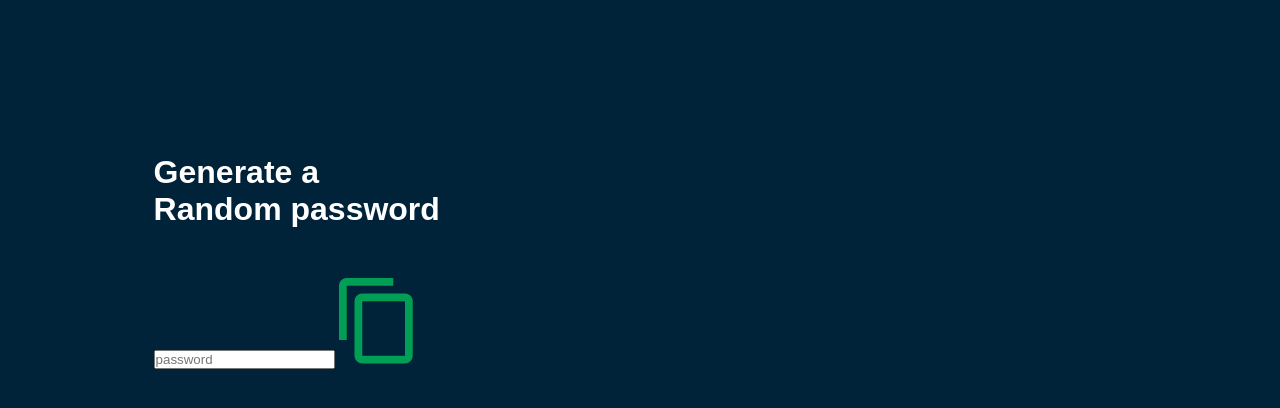
Repository: YAAMAR/password-generator
Page: Random password/index.html
An editor plug-in stored every save of this project. The page is shown before and after the next save, followed by the edit.
The browser window is 1280 px wide. The pictures show the whole page.

Above is the page before, as saved 2024-05-02 18:57:14.

After the next save:
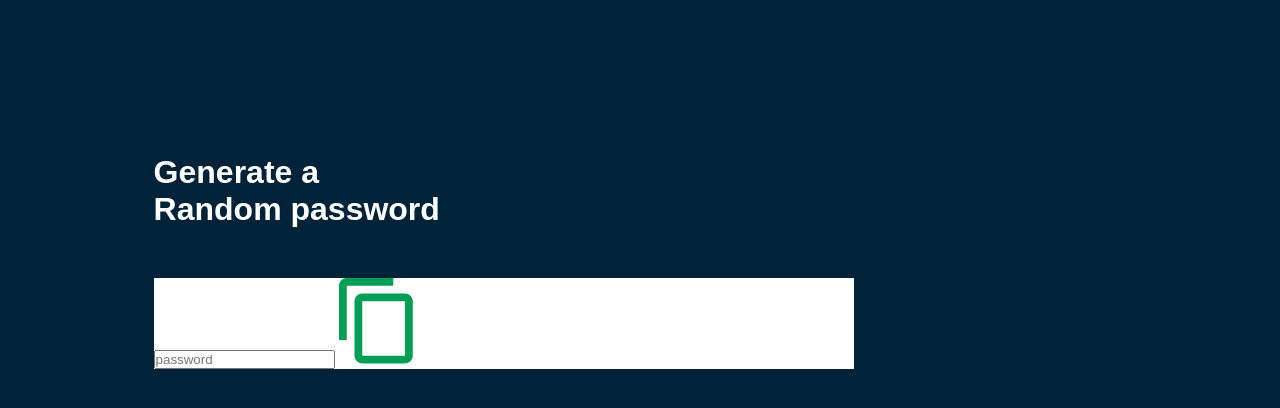
Saved 4 s later.
--- a/Random password/style.css
+++ b/Random password/style.css
@@ -17,5 +17,5 @@ body{
     width: 100%;
     margin-top: 50px;
     margin-bottom: 30px;
-    background:# ;
+    background:#fff ;
 }
